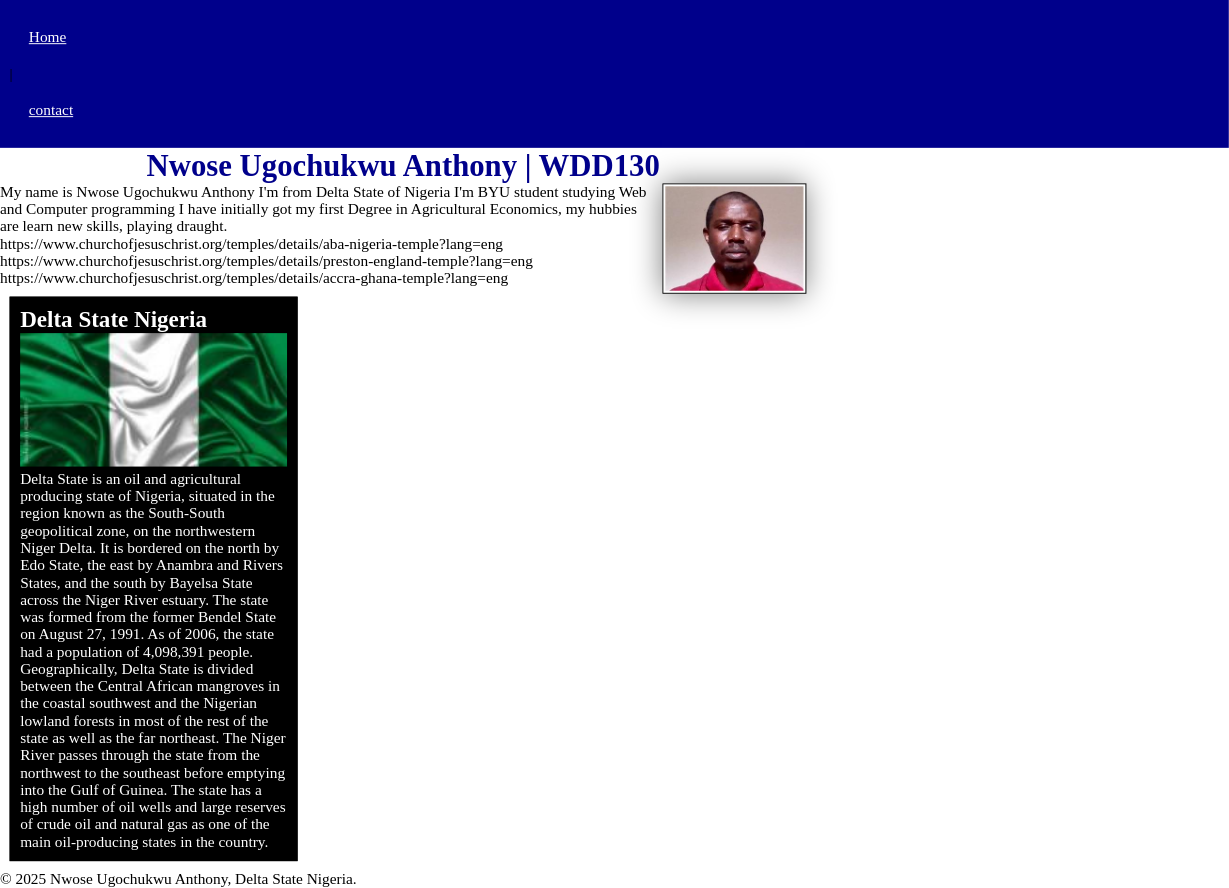
Repository: NoblesNigeria/wdd130
Page: index.html
An editor plug-in stored every save of this project. The page is shown before and after the next save, followed by the edit.
The browser window is 1280 px wide. The pictures show the whole page, at 96% of full size.

Above is the page before, as saved 2025-09-13 18:27:05.

### index.html
<!DOCTYPE html>
<html lang="en">

<head>
    <meta charset="UTF-8">
    <meta name="viewport" content="width=device-width, initial-scale=1.0">
    <title>Nwose Ugochukwu Anthony| WDD130</title>
    <meta name="description" content="This is my personal webpage">
    <meta name="author" content="Nwose Ugochukwu Anthony">
    <link rel="stylesheet" href="styles/styles.css">
</head>

<body>
    <header>
        <nav>
            <a href="#">Home</a> |
            <a href="#">contact</a>
        </nav>
    </header>
    <main>
        <h1>Nwose Ugochukwu Anthony | WDD130</h1>
        <img src="images/profile.jpg" alt="Nwose Anthony" width="200">
        <p>My name is Nwose Ugochukwu Anthony I'm from Delta State of Nigeria I'm BYU student studying Web and Computer
            programming I have initially got my first Degree in Agricultural Economics, my hubbies are learn new skills,
            playing draught.
        </p>
        <ul class="box">
            <li>https://www.churchofjesuschrist.org/temples/details/aba-nigeria-temple?lang=eng</li>
            <li>https://www.churchofjesuschrist.org/temples/details/preston-england-temple?lang=eng</li>
            <li>https://www.churchofjesuschrist.org/temples/details/accra-ghana-temple?lang=eng</li>
        </ul>
    </main>
    <aside class=" box">
        <h2>Delta State Nigeria</h2>
        <img src="images/nigeria-flag.jpg" alt="Delta State Nigeria" width="200">
        <p>Delta State is an oil and agricultural producing state of Nigeria, situated in the region known as the
            South-South geopolitical zone, on the northwestern Niger Delta. It is bordered on the north by Edo State,
            the east by Anambra and Rivers States, and the south by Bayelsa State across the Niger River estuary. The
            state was formed from the former Bendel State on August 27, 1991. As of 2006, the state had a population of
            4,098,391 people. Geographically, Delta State is divided between the Central African mangroves in the
            coastal southwest and the Nigerian lowland forests in most of the rest of the state as well as the far
            northeast. The Niger River passes through the state from the northwest to the southeast before emptying
            into the Gulf of Guinea. The state has a high number of oil wells and large reserves of crude oil and
            natural gas as one of the main oil-producing states in the country.
        </p>
    </aside>
    <! This is a new skill I'm learning>
        <footer>
            <p>&copy; 2025 Nwose Ugochukwu Anthony, Delta State Nigeria.</p>
        </footer>

</body>

</html>

### styles/styles.css
* {
    margin: 0;
    padding: 0;
    box-sizing: border-box;
}
nav {
    background-color: darkblue;
    padding: 10px;
}
nav a {
    color: white;
    display: block;
    padding: 20px;
}
h1 {
    color: darkblue;
    text-align: center;
}
main {
    max-width: 840px;
}
main img {
    width: 150px;
    height: auto;
    border: 1px solid black;
    padding: 2px;
    box-shadow: 0 0 30px gray;
    float: right;
    margin: 0 0 10px 10px;
}
aside {
    width: 300px;
    margin: 10px;
    border: 1px solid black;
    padding: 10px;
    background-color: black;
    color:white;
    position: relative;
}
aside img {
    width: 100%;
    height: 100%;

aside h2 {
  position: absolute;
  top: 47px;
  left: 150px;
}
p {
    padding: 0;
}
footer {
    text-align: center;
    margin-top: 1px;
    border-top: 1px solid black;
    background-color: lightskyblue;
}
/* class selector */
.box {
  margin: 1rem;
  border: 1px solid rgb(0 0 0 / 10%);
  padding: 1rem;
  background-color: #ddd;
  color: #000;
}

After the next save:
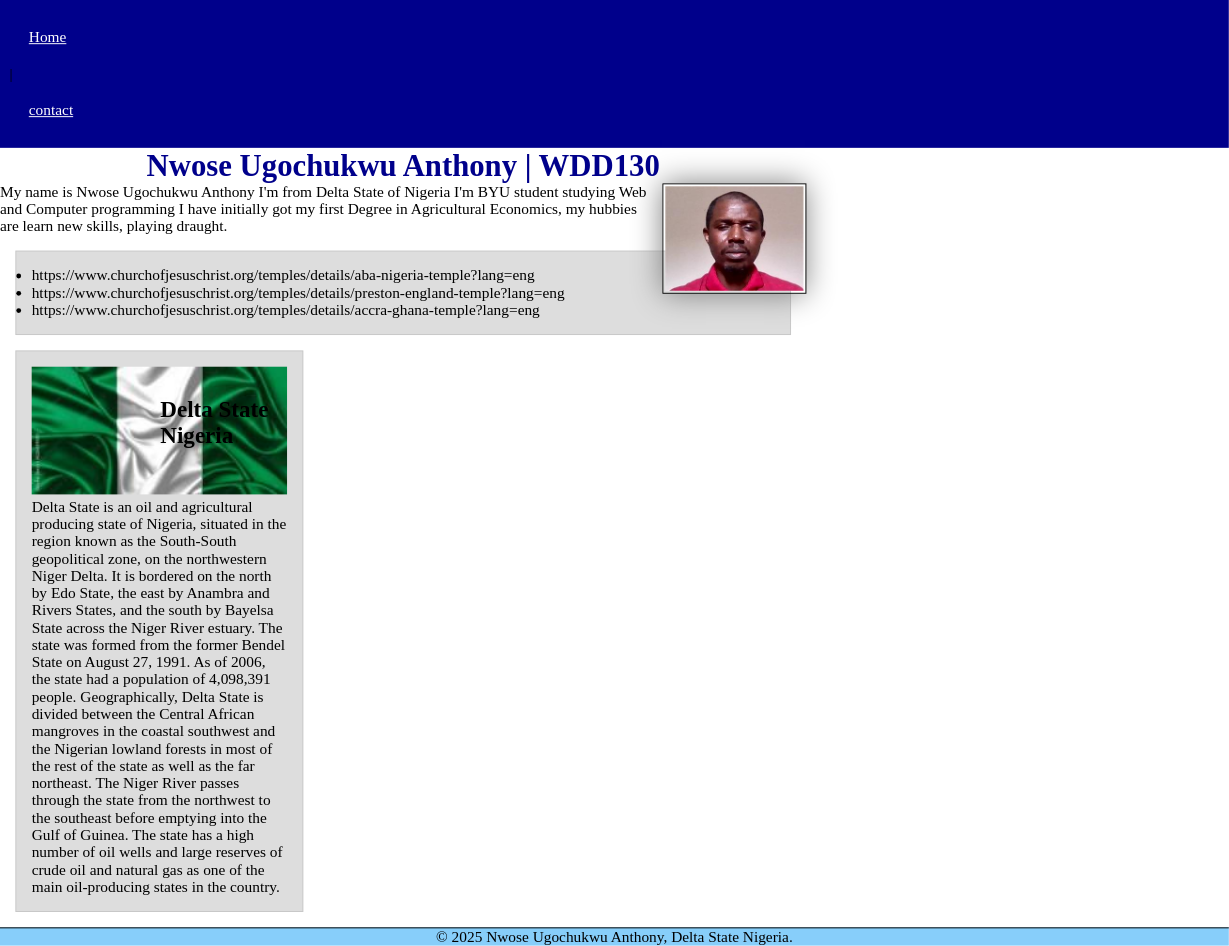
Saved 5 min 22 s later.
--- a/styles/styles.css
+++ b/styles/styles.css
@@ -39,7 +39,8 @@
 }
 aside img {
     width: 100%;
-    height: 100%;
+    height: auto;
+}
 
 aside h2 {
   position: absolute;
